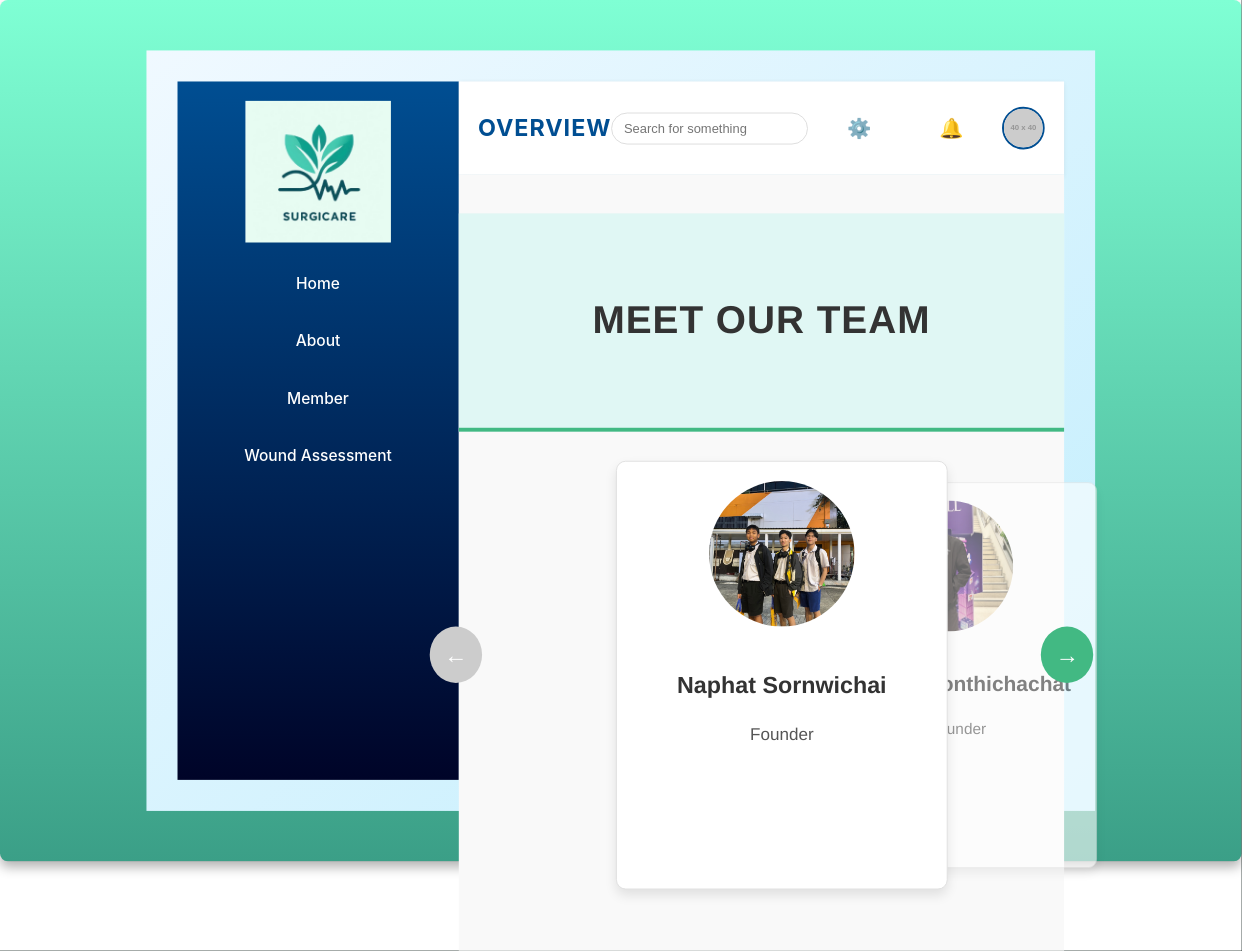
Repository: Jinwoo290350/Surgicare-Vue
Page: /member (app in surgicare/)
The author's editor kept a copy of each file at every save. The page is drawn from the files as they stood at one save, then again after the next save.
The browser window is 1280 px wide. The pictures show the whole page, at 97% of full size.
The project was rebuilt for these pictures with package versions that can differ from the ones it lists, and the page was loaded fresh each time. Also part of the build but not shown: surgicare/vite.config.js, surgicare/src/views/Home.vue, surgicare/src/views/About.vue, surgicare/src/components/WoundAssessment.vue.

Above is the page before, as saved 2024-12-30 14:56:29.
Console error: TypeError: Cannot read properties of null (reading 'getContext')

### surgicare/index.html
<!doctype html>
<html lang="en">
  <head>
    <meta charset="UTF-8" />
    <link rel="icon" type="image/svg+xml" href="/vite.svg" />
    <meta name="viewport" content="width=device-width, initial-scale=1.0" />
    <title>Vite + Vue</title>
  </head>
  <body>
    <div id="app"></div>
    <script type="module" src="/src/main.js"></script>
  </script>
  <link href="https://fonts.googleapis.com/css2?family=Roboto:wght@400;500;700&display=swap" rel="stylesheet">

  <script type="text/javascript" src="./src/star.js"></script>
  </body>
</html>

### surgicare/src/main.js
import { createApp } from 'vue'
import './style.css'
import App from './App.vue'
import router from "./router";

createApp(App).use(router).mount("#app");

### surgicare/src/style.css
:root {
  font-family: Inter, system-ui, Avenir, Helvetica, Arial, sans-serif;
  line-height: 1.5;
  font-weight: 400;
  color-scheme: light dark;
  color: rgba(255, 255, 255, 0.87);
  background-color: #242424;
  font-synthesis: none;
  text-rendering: optimizeLegibility;
  -webkit-font-smoothing: antialiased;
  -moz-osx-font-smoothing: grayscale;
}

a {
  font-weight: 500;
  text-decoration: none;
  transition: color 0.3s ease-in-out;
}
a:hover {
  color: #535bf2; /* Blue hover effect */
}

body {
  margin: 0;
  display: flex;
  flex-direction: column;
  align-items: center;
  justify-content: center;
  min-width: 320px;
  min-height: 100vh;
  padding: 20px;
  background-color: #1f2d29;
  background-image: linear-gradient(to top, #3b9f87, #7fffd4);
  background-repeat: no-repeat;
  border-radius: 8px;
  box-shadow: 0 6px 12px rgba(0, 0, 0, 0.3);
}

h1 {
  font-size: 3em;
  line-height: 1.1;
  color: #fff;
  text-transform: uppercase;
  letter-spacing: 1px;
  margin-bottom: 0.5em;
  transition: transform 0.3s ease-in-out;
}
h1:hover {
  transform: scale(1.05); /* Slight hover effect */
}

button {
  border-radius: 8px;
  border: 1px solid transparent;
  padding: 0.8em 1.5em;
  font-size: 1em;
  font-weight: 500;
  background-color: #333;
  color: #fff;
  cursor: pointer;
  transition: all 0.3s ease;
}
button:hover {
  border-color: #646cff;
  background-color: #444;
  transform: translateY(-2px); /* Lift on hover */
}
button:focus,
button:focus-visible {
  outline: 4px auto -webkit-focus-ring-color;
}

.card {
  padding: 2em;
  background-color: #2a2a2a;
  border-radius: 12px;
  box-shadow: 0 4px 10px rgba(0, 0, 0, 0.4);
  transition: transform 0.3s ease;
}
.card:hover {
  transform: translateY(-5px); /* Lift on hover */
}

#app {
  max-width: 1280px;
  margin: 0 auto;
  padding: 2rem;
  text-align: center;
}

/* Media Queries for Responsiveness */
@media (max-width: 768px) {
  body {
    padding: 15px;
  }

  h1 {
    font-size: 2.4em; /* Smaller title for mobile screens */
  }

  button {
    padding: 0.6em 1.2em;
    font-size: 1em;
  }

  .card {
    padding: 1.5em;
  }

  #app {
    padding: 1.5rem;
  }
}

@media (max-width: 480px) {
  h1 {
    font-size: 2em; /* Further reduce title size */
  }

  button {
    padding: 0.5em 1em;
    font-size: 0.9em;
  }

  .card {
    padding: 1em;
  }
}

/* Light Mode Styles */
@media (prefers-color-scheme: light) {
  :root {
    color: #213547;
    background-color: #ffffff;
  }
  a:hover {
    color: #747bff;
  }
  button {
    background-color: #f9f9f9;
    color: #333;
  }
  .card {
    background-color: #f5f5f5;
    box-shadow: 0 2px 6px rgba(0, 0, 0, 0.1);
  }
}

### surgicare/src/App.vue
<template>
  <div id="app" class="app-container">
    <aside class="sidebar">
      <img src="/Users/frank/Vscode/Vue/surgicare/public/Icon_surgicare.png" alt="Logo" class="logo" />
      <nav class="menu">
        <router-link to="/">Home</router-link>
        <router-link to="/about">About</router-link>
        <router-link to="/member">Member</router-link>
        <router-link to="/wound-assessment">Wound Assessment</router-link>
      </nav>
    </aside>

    <main class="main-content">
      <header class="header">
        <h1>Overview</h1>
        <div class="header-tools">
          <input type="text" placeholder="Search for something" class="search-box" />
          <button class="settings-btn">⚙️</button>
          <button class="notifications-btn">🔔</button>
          <img src="https://via.placeholder.com/40" alt="Profile" class="profile-pic" />
        </div>
      </header>
        <router-view />
    </main>
  </div>
</template>

<script>
export default {
  name: "DashboardPage",
};
</script>

<style scoped>
/* General Styles */
body {
  margin: 0;
  font-family: 'Poppins', Arial, sans-serif;
}

.app-container {
  display: flex;
  height: 100vh;
  background: linear-gradient(to bottom right, #f0f9ff, #c1eefd);
}

.sidebar {
  width: 250px;
  background: linear-gradient(to bottom, #004e92, #000428);
  color: white;
  padding: 20px;
  display: flex;
  flex-direction: column;
  align-items: center;
}

.logo {
  width: 100%;
  max-width: 150px;
  margin-bottom: 20px;
}

.menu a {
  text-decoration: none;
  color: white;
  font-size: 16px;
  margin-bottom: 15px;
  display: block;
  text-align: center;
  padding: 10px 15px;
  border-radius: 8px;
  transition: background 0.3s, transform 0.3s;
}

.menu a:hover {
  background: rgba(255, 255, 255, 0.2);
  transform: scale(1.05);
}

.main-content {
  flex-grow: 1;
  display: flex;
  flex-direction: column;
}

.header {
  display: flex;
  justify-content: space-between;
  align-items: center;
  padding: 20px;
  background: white;
  box-shadow: 0 2px 5px rgba(0, 0, 0, 0.1);
}

.header h1 {
  font-size: 24px;
  color: #004e92;
  margin: 0;
}

.header-tools {
  display: flex;
  align-items: center;
}

.search-box {
  padding: 8px 12px;
  border: 1px solid #ddd;
  border-radius: 25px;
  margin-right: 10px;
  outline: none;
  transition: box-shadow 0.3s;
}

.search-box:focus {
  box-shadow: 0 0 10px rgba(0, 78, 146, 0.5);
}

.settings-btn,
.notifications-btn {
  background: none;
  border: none;
  font-size: 20px;
  color: #555;
  margin-right: 10px;
  cursor: pointer;
}

.profile-pic {
  width: 40px;
  height: 40px;
  border-radius: 50%;
  border: 2px solid #004e92;
}

.content-area {
  flex-grow: 1;
  background: linear-gradient(to bottom right, #e6f7f9, #ffffff);
  display: flex;
  justify-content: center;
  align-items: center;
  position: relative;
}

.placeholder {
  width: 80%;
  height: 80%;
  background: rgba(255, 255, 255, 0.8);
  border-radius: 20px;
  box-shadow: 0 4px 20px rgba(0, 0, 0, 0.1);
  display: flex;
  justify-content: center;
  align-items: center;
  font-size: 28px;
  color: #004e92;
  font-weight: bold;
  text-align: center;
}
</style>

### surgicare/src/router/index.js
import { createRouter, createWebHistory } from "vue-router";

// Importing views and components
import Home from "../views/Home.vue";
import About from "../views/About.vue";
import Member from "../views/Member.vue";
import WoundAssessment from "../components/WoundAssessment.vue";

// Define the route configurations
const routes = [
  {
    path: "/",
    name: "Home",
    component: Home,
    meta: {
      title: "Home -  Surgicare",
    },
  },
  {
    path: "/about",
    name: "About",
    component: About,
    meta: {
      title: "About - Surgicare",
    },
  },
  {
    path: "/member",
    name: "Member",
    component: Member,
    meta: {
      title: "Member - Surgicare",
    },
  },
  {
    path: "/wound-assessment",
    name: "WoundAssessment",
    component: WoundAssessment,
    meta: {
      title: "Wound Assessment - Surgicare",
    },
  },
];

// Create the router instance
const router = createRouter({
  history: createWebHistory(),
  routes,
  scrollBehavior(to, from, savedPosition) {
    // Scroll to top on route change, unless saved position exists
    if (savedPosition) {
      return savedPosition;
    } else {
      return { top: 0 };
    }
  },
});

// Global navigation guard for dynamic document titles
router.beforeEach((to, from, next) => {
  document.title = to.meta.title || "Default App Title";
  next();
});

export default router;

### surgicare/src/views/Member.vue
<template>
  <div id="team-page">
    <div class="team-header">
      <h1>Meet Our Team</h1>
    </div>

    <!-- Card Slider with Hover Interaction -->
    <div class="member-card-container">
      <button
        class="nav-button left"
        @mouseover="hoverDirection = 'prev'"
        @mouseleave="hoverDirection = null"
        @click="prevMember"
        :disabled="currentIndex === 0"
      >
        ←
      </button>

      <div class="card-stack">
        <div
          v-for="(member, index) in members"
          :key="index"
          class="member-card"
          :class="{
            active: index === currentIndex,
            next: index === currentIndex + 1,
            prev: index === currentIndex - 1,
            'hovered-prev': hoverDirection === 'prev' && index === currentIndex - 1,
            'hovered-next': hoverDirection === 'next' && index === currentIndex + 1,
          }"
        >
          <img :src="member.photo" :alt="`Photo of ${member.name}`" class="member-photo" />
          <div class="member-info">
            <h2>{{ member.name }}</h2>
            <p>{{ member.role }}</p>
          </div>
        </div>
      </div>

      <button
        class="nav-button right"
        @mouseover="hoverDirection = 'next'"
        @mouseleave="hoverDirection = null"
        @click="nextMember"
        :disabled="currentIndex === members.length - 1"
      >
        →
      </button>
    </div>
  </div>
</template>

<script>
export default {
  data() {
    return {
      members: [
        {
          name: "Naphat Sornwichai",
          role: "Founder",
          photo: "Pogus.jpg",
          bio: "Founder of Surgicare with a vision for better healthcare solutions.",
        },
        {
          name: "Thanayot Monthichachat",
          role: "Co-founder",
          photo: "Zoe.jpg",
          bio: "Co-founder with a passion for innovation in the medical field.",
        },
        {
          name: "Veerapong Haphutiwat",
          role: "Co-founder",
          photo: "Frank.jpg",
          bio: "Dedicated to improving lives through cutting-edge technology.",
        },
        {
          name: "Peerada Rattanawong",
          role: "Co-founder",
          photo: "bio.jpg",
          bio: "An advocate for collaboration and excellence in healthcare.",
        },
      ],
      currentIndex: 0,
      hoverDirection: null, // Tracks hover direction ('prev' or 'next')
    };
  },
  methods: {
    nextMember() {
      if (this.currentIndex < this.members.length - 1) {
        this.currentIndex++;
      }
    },
    prevMember() {
      if (this.currentIndex > 0) {
        this.currentIndex--;
      }
    },
  },
};
</script>

<style scoped>
/* Base Styles */
#team-page {
  padding: 40px 20px;
  font-family: 'Helvetica Neue', sans-serif;
  background-color: #f9f9f9;
  min-height: 100vh;
  display: flex;
  flex-direction: column;
  align-items: center;
  position: relative; /* Ensure proper boundary control */
}

.team-header {
  margin-bottom: 30px;
  text-align: center;
  padding: 60px 20px; /* Expand top padding for a broader look */
  background-color: #e0f7f4; /* Add a subtle contrasting color */
  border-bottom: 4px solid #42b983;
  width: 100%;
  max-width: 1200px; /* Keep it within page bounds */
}

.team-header h1 {
  font-size: 2.5rem;
  font-weight: bold;
  color: #333;
  text-transform: uppercase;
  padding-bottom: 10px;
}

/* Card Container */
.member-card-container {
  display: flex;
  align-items: center;
  justify-content: center;
  gap: 20px;
  position: relative;
  width: 100%;
  max-width: 600px;
  margin-bottom: 30px; /* Prevent container from overflowing */
}

.card-stack {
  position: relative;
  width: 300px;
  height: 400px;
  perspective: 1000px;
  z-index: 1;
}

.member-card {
  position: absolute;
  width: 100%;
  height: 100%;
  border: 1px solid #e0e0e0;
  border-radius: 10px;
  background-color: #fff;
  box-shadow: 0 6px 12px rgba(0, 0, 0, 0.1);
  transition: transform 0.3s ease, opacity 0.3s ease, z-index 0.3s ease;
  text-align: center;
  padding: 20px;
  opacity: 0;
}

.member-card.active {
  z-index: 3;
  transform: translateX(0) scale(1);
  opacity: 1;
}

.member-card.next {
  z-index: 2;
  transform: translateX(50%) scale(0.9);
  opacity: 0.6;
}

.member-card.prev {
  z-index: 2;
  transform: translateX(-50%) scale(0.9);
  opacity: 0.6;
}

.member-card.hovered-next {
  z-index: 3;
  transform: translateX(30%) translateY(-10%) scale(0.95);
  opacity: 0.8;
}

.member-card.hovered-prev {
  z-index: 3;
  transform: translateX(-30%) translateY(-10%) scale(0.95);
  opacity: 0.8;
}

/* Member Info */
.member-photo {
  width: 150px;
  height: 150px;
  object-fit: cover;
  border-radius: 50%;
  margin: 0 auto 15px;
}

.member-info h2 {
  font-size: 1.5rem;
  font-weight: bold;
  color: #333;
}

.member-info p {
  font-size: 1.1rem;
  color: #555;
}

/* Navigation Buttons */
.nav-button {
  font-size: 1.5rem;
  color: #fff;
  background-color: #42b983;
  border: none;
  border-radius: 50%;
  padding: 15px;
  cursor: pointer;
  transition: background-color 0.3s ease;
  z-index: 10;
  position: absolute;
  top: 50%;
  transform: translateY(-50%);
}

.nav-button.left {
  left: -50px;
}

.nav-button.right {
  right: -50px;
}

.nav-button:hover {
  background-color: #369a6c;
}

.nav-button:disabled {
  background-color: #ccc;
  cursor: not-allowed;
}

/* Background control for the entire page */
html, body {
  overflow-x: hidden; /* Prevent horizontal scroll due to background overflow */
}
</style>

### surgicare/src/star.js
const canvas = document.querySelector('canvas')
const c = canvas.getContext('2d')

canvas.width = innerWidth
canvas.height = innerHeight

window.addEventListener("resize", function() {
    canvas.width = window.innerWidth;
    canvas.height = window.innerHeight;
    init()
})
function Star(x, y, radius, color) {
    this.x = x
    this.y = y
    this.radius = radius
    this.color = color
    this.velocity = {
        x: (Math.random() - 0.5) * 8,
        y: 3
    }
    this.friction = 0.8
    this.gravity = 1
}

Star.prototype.draw = function() {
    c.save()
    c.beginPath()
    c.arc(this.x, this.y, this.radius, 0, Math.PI * 2, false)
    c.fillStyle = this.color
    c.shadowColor = '#E3EAEF'
    c.shadowBlur = 20
    c.fill()
    c.closePath()
    c.restore()
}

Star.prototype.update = function() {
    this.draw()

    //When ball hits bottom of screen
    if(this.y + this.radius + this.velocity.y > canvas.height - groundHeight){
        this.velocity.y = -this.velocity.y * this.friction
        this.shatter()
    }
    else{
        this.velocity.y += this.gravity
    }

    //Hits side of screen
    if(this.x + this.radius + this.velocity.x > canvas.width || this.x - this.radius <= 0){
        this.velocity.x = -this.velocity.x * this.friction
        this.shatter()
    }

    this.x += this.velocity.x
    this.y += this.velocity.y

}

Star.prototype.shatter = function(){
    this.radius -= 3
    for(let i = 0; i < 8; i++){
        miniStars.push(new MiniStar(this.x, this.y, 2))
    }

}

function MiniStar(x, y, radius, color){
    Star.call(this, x, y, radius, color)
    this.velocity = {
        x: (Math.random() - 0.5) * 10,
        y: (Math.random() - 0.5) * 30
    }
    this.friction = 0.8
    this.gravity = 0.1
    this.ttl = 100
    this.opacity = 1
}

MiniStar.prototype.draw = function() {
    c.save()
    c.beginPath()
    c.arc(this.x, this.y, this.radius, 0, Math.PI * 2, false)
    c.fillStyle = `rgba(227,234, 239, ${this.opacity})`
    c.shadowColor = '#E3EAEF'
    c.shadowBlur = 20
    c.fill()
    c.closePath()
    c.restore()
}

MiniStar.prototype.update = function() {
    this.draw()

    if(this.y + this.radius + this.velocity.y > canvas.height - groundHeight){
        this.velocity.y = -this.velocity.y * this.friction
    }
    else{
        this.velocity.y += this.gravity
    }

    this.x += this.velocity.x
    this.y += this.velocity.y
    this.ttl -= 1
    this.opacity -= 0.0001 * this.ttl
}

function creatMountainRange(mountainAmount, height, color){
    for(let i = 0; i < mountainAmount; i++){
        const mountainWidth = canvas.width / mountainAmount
        c.beginPath()
        c.moveTo(i * mountainWidth, canvas.height)
        c.lineTo(i * mountainWidth + mountainWidth + 0.2*canvas.height, canvas.height)
        c.lineTo(i * mountainWidth + mountainWidth / 2, canvas.height - height)
        c.lineTo(i * mountainWidth - 0.2*canvas.height, canvas.height)
        c.fillStyle = color
        c.fill()
        c.closePath()
    }
}

// Implementation
const backgroundGradient = c.createLinearGradient(0, 0, canvas.width, canvas.height)
backgroundGradient.addColorStop(0, '#171e26')
backgroundGradient.addColorStop(1, '#3f586b')

let stars
let miniStars
let backgroundStars
let ticker = 0
let randomSpawnRate = 75
const groundHeight = 0.09 * canvas.height
let inf = 1e9
function init() {
    stars = []
    miniStars = []
    backgroundStars = []

    for(let i = 0; i < 200; i++){
        const x = Math.random() * canvas.width
        const y = Math.random() * canvas.height
        const radius = Math.random() * 3
        backgroundStars.push(new Star(x, y, radius, 'white'))
    }
}

// Animation Loop
function animate() {
    c.clearRect(0, 0, 0, canvas.height)
    c.fillStyle = backgroundGradient
    c.fillRect(0, 0, canvas.width, canvas.height)

    backgroundStars.forEach(backgroundStar => {
        backgroundStar.draw()
    })

    if(flag) creatMountainRange(1, canvas.height * 0.7, '#384551')
    if(flag) creatMountainRange(2, canvas.height * 0.6, '#2B3843')
    if(flag) creatMountainRange(3, canvas.height * 0.4, '#26333E')
    c.fillStyle = '#182028'
    c.fillRect(0, canvas.height - groundHeight, canvas.width, groundHeight)
    stars.forEach((star, index) => {
        star.update();
        if(star.radius == 0){
            stars.splice(index, 1)
        }
    });

    miniStars.forEach((miniStar, index) => {
        miniStar.update();
        if(miniStar.ttl == 0){
            miniStars.splice(index, 1)
        }
    });

    ticker++
    if(ticker >= inf){
        ticker = 0
    }
    if(ticker % randomSpawnRate == 0){
        const radius = 9
        const x = Math.max(radius, Math.random() * canvas.width - radius)
        stars.push(new Star(x, -100, 9, '#E3EAEF'))
        randomSpawnRate = Math.floor(Math.random() * (200 - 125 + 1) + 125)
    }

    requestAnimationFrame(animate)
}

init()
animate()

After the next save:
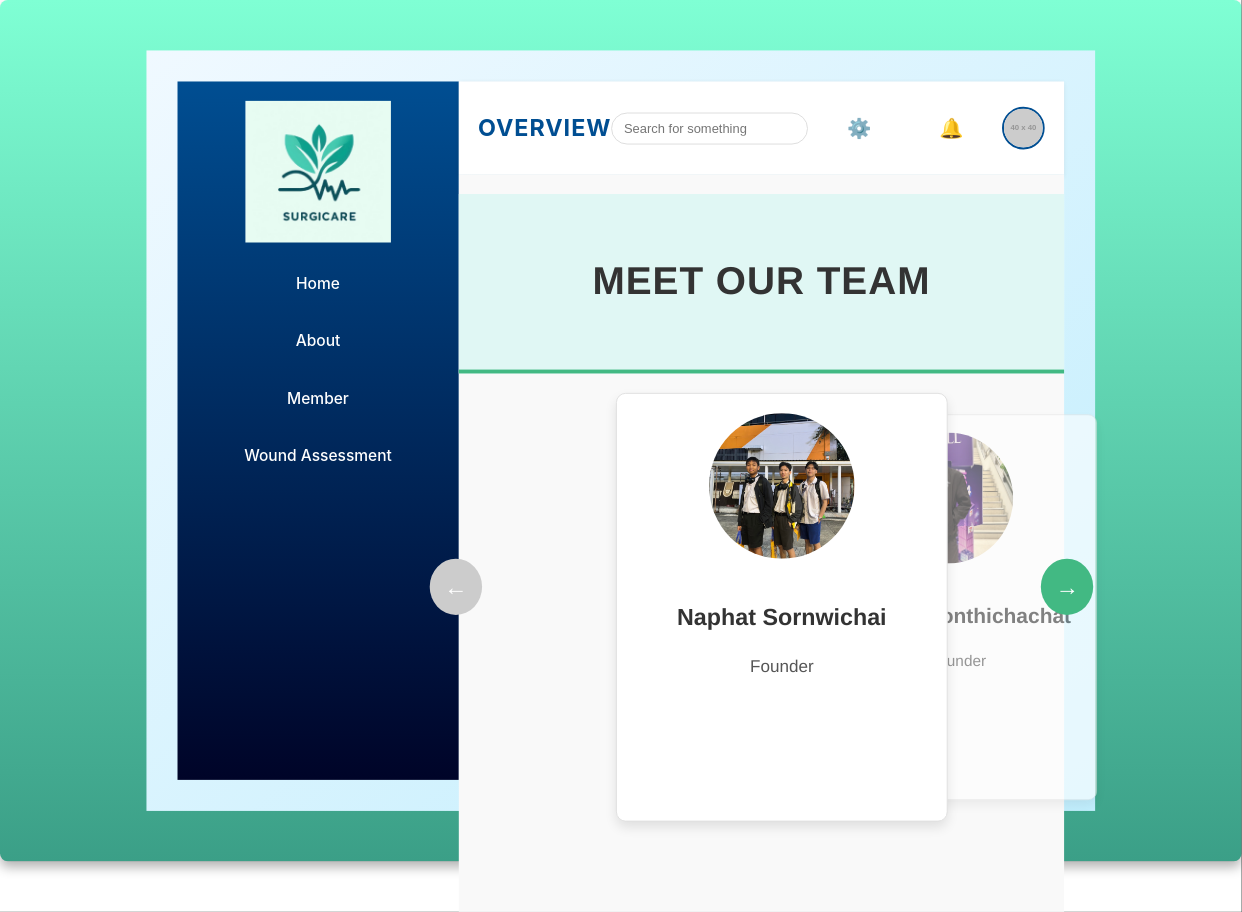
Saved 100 s later.
--- a/surgicare/src/views/Member.vue
+++ b/surgicare/src/views/Member.vue
@@ -102,7 +102,7 @@ export default {
 <style scoped>
 /* Base Styles */
 #team-page {
-  padding: 40px 20px;
+  padding: 20px 20px; /* Reduce padding at the top */
   font-family: 'Helvetica Neue', sans-serif;
   background-color: #f9f9f9;
   min-height: 100vh;
@@ -113,10 +113,10 @@ export default {
 }
 
 .team-header {
-  margin-bottom: 30px;
+  margin-bottom: 20px; /* Reduce margin between header and cards */
   text-align: center;
-  padding: 60px 20px; /* Expand top padding for a broader look */
-  background-color: #e0f7f4; /* Add a subtle contrasting color */
+  padding: 40px 20px; /* Reduce padding to bring it closer to the top */
+  background-color: #e0f7f4;
   border-bottom: 4px solid #42b983;
   width: 100%;
   max-width: 1200px; /* Keep it within page bounds */
@@ -139,7 +139,7 @@ export default {
   position: relative;
   width: 100%;
   max-width: 600px;
-  margin-bottom: 30px; /* Prevent container from overflowing */
+  margin-bottom: 0; /* Remove extra spacing at the bottom */
 }
 
 .card-stack {
@@ -251,4 +251,5 @@ export default {
 html, body {
   overflow-x: hidden; /* Prevent horizontal scroll due to background overflow */
 }
+
 </style>
